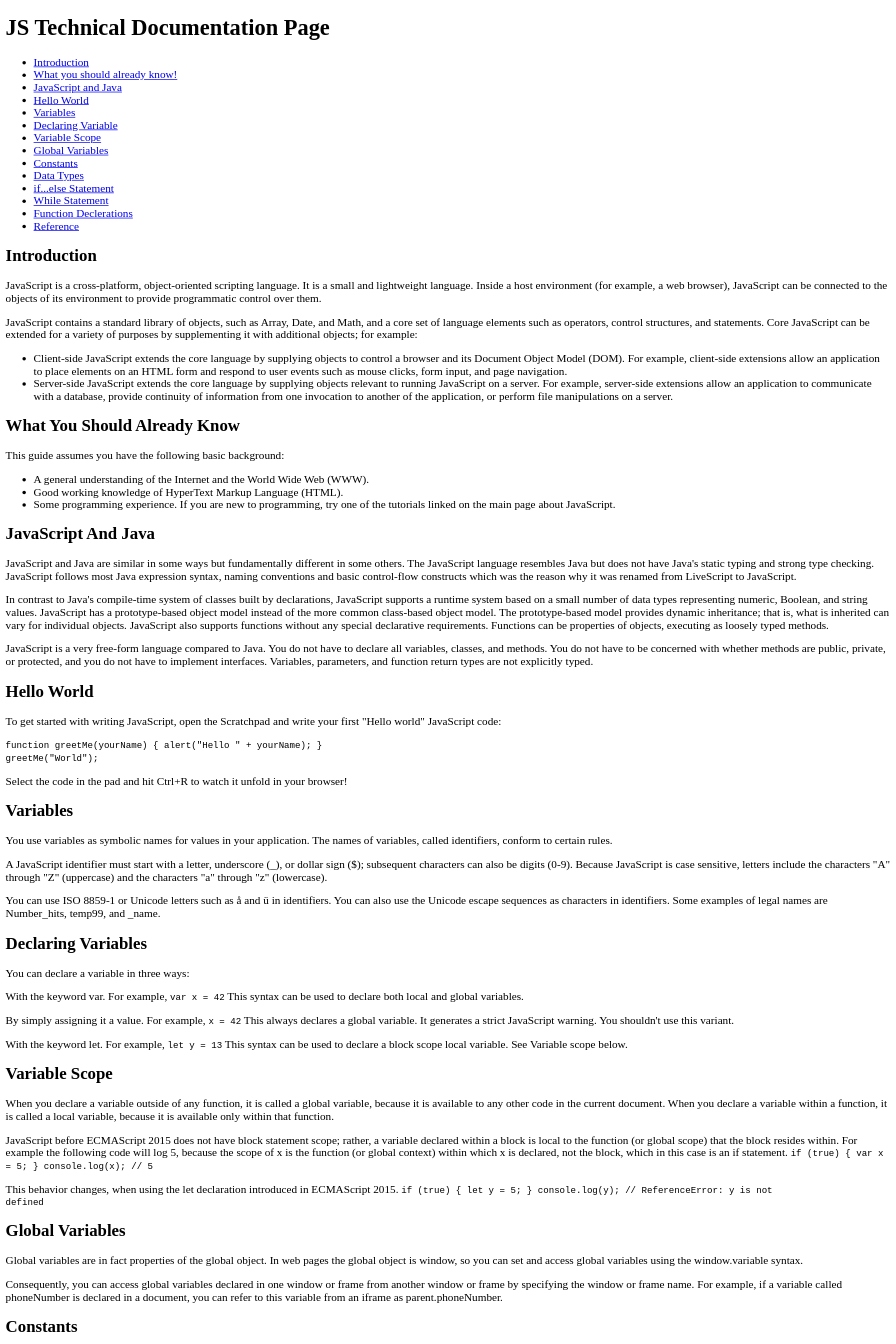
Repository: ctcoleman/technicalDocumentationPage
Page: index.html
The author's editor kept a copy of each file at every save. The page is drawn from the files as they stood at one save, then again after the next save.
The browser window is 1280 px wide. The pictures show the part of the page from y = 0 to 1920 px (the page is 3237 px tall before and 3224 px after), at 70% of full size.

Above is the page before, as saved 2020-07-10 18:44:38.

### index.html
<!DOCTYPE html>
<html lang="en">

<head>
  <meta charset="UTF-8">
  <meta name="viewport" content="width=device-width, initial-scale=1.0">
  <title>FCC: Technical Documentation Page</title>
</head>

<body>


  <header>
    <h1 id="main-heading">JS Technical Documentation Page</h1>
    <nav id="navbar">
      <ul>
        <li>
          <a href="#introduction">Introduction</a>
        <li>
          <a href="#whatYouShouldKnowAlready">What you should already know!</a>
        <li>
          <a href="#javascriptAndJava">JavaScript and Java</a>
        <li>
          <a href="#helloWorld">Hello World</a>
        <li>
          <a href="#variables">Variables</a>
        </li>
        <li>
          <a href="#declaringVariable">Declaring Variable</a>
        </li>
        <li>
          <a href="#variableScopes">Variable Scope</a>
        </li>
        <li>
          <a href="#globalVariables">Global Variables</a>
        </li>
        <li>
          <a href="#constants">Constants</a>
        </li>
        <li>
          <a href="#dataTypes">Data Types</a>
        </li>
        <li>
          <a href="#ifElseStatements">if...else Statement</a>
        </li>
        <li>
          <a href="#whileStatements">While Statement</a>
        </li>
        <li>
          <a href="#functionDeclerations">Function Declerations</a>
        </li>
        <li>
          <a href="#reference">Reference</a>
        </li>
      </ul>
    </nav>
  </header>

  <main id="main-doc">


    <section class="main-section" id="introduction">
      <header class="topic-header">
        <h2>Introduction</h2>
      </header>
      <article>
        <p>
          JavaScript is a cross-platform, object-oriented scripting language. It is a small and lightweight language. Inside a host environment (for example, a web browser), JavaScript can be connected to the objects of its environment to provide programmatic control over them.
        </p>
        <p>
          JavaScript contains a standard library of objects, such as Array, Date, and Math, and a core set of language elements such as operators, control structures, and statements. Core JavaScript can be extended for a variety of purposes by supplementing it with additional objects; for example:
        <ul>
          <li>Client-side JavaScript extends the core language by supplying objects to control a browser and its Document Object Model (DOM). For example, client-side extensions allow an application to place elements on an HTML form and respond to user events such as mouse clicks, form input, and page navigation.</li>
          <li>Server-side JavaScript extends the core language by supplying objects relevant to running JavaScript on a server. For example, server-side extensions allow an application to communicate with a database, provide continuity of information from one invocation to another of the application, or perform file manipulations on a server.</li>
        </ul>
        </p>
      </article>
    </section>

    <section class="main-section" id="whatYouShouldAlreadyKnow">
      <header class="topic-header">
        <h2>What You Should Already Know</h2>
      </header>
      <article>
        <p>
          This guide assumes you have the following basic background:
        <ul>
          <li>A general understanding of the Internet and the World Wide Web (WWW).
          </li>
          <li>Good working knowledge of HyperText Markup Language (HTML).
          </li>
          <li>Some programming experience. If you are new to programming, try one of the tutorials linked on the main page about JavaScript.
          </li>
        </ul>
        </p>
      </article>
    </section>

    <section class="main-section" id="javaScriptAndJava">
      <header class="topic-header">
        <h2>JavaScript And Java</h2>
      </header>
      <article>
        <p>
          JavaScript and Java are similar in some ways but fundamentally different in some others. The JavaScript language resembles Java but does not have Java's static typing and strong type checking. JavaScript follows most Java expression syntax, naming conventions and basic control-flow constructs which was the reason why it was renamed from LiveScript to JavaScript.
        </p>
        <p>
          In contrast to Java's compile-time system of classes built by declarations, JavaScript supports a runtime system based on a small number of data types representing numeric, Boolean, and string values. JavaScript has a prototype-based object model instead of the more common class-based object model. The prototype-based model provides dynamic inheritance; that is, what is inherited can vary for individual objects. JavaScript also supports functions without any special declarative requirements. Functions can be properties of objects, executing as loosely typed methods.
        </p>
        <p>
          JavaScript is a very free-form language compared to Java. You do not have to declare all variables, classes, and methods. You do not have to be concerned with whether methods are public, private, or protected, and you do not have to implement interfaces. Variables, parameters, and function return types are not explicitly typed.
        </p>
      </article>
    </section>

    <section class="main-section" id="helloWorld">
      <header class="topic-header">
        <h2>Hello World</h2>
      </header>
      <article>
        <p>
          To get started with writing JavaScript, open the Scratchpad and write your first "Hello world" JavaScript code:
        </p>
        <code>
          function greetMe(yourName) { alert("Hello " + yourName); }<br>
          greetMe("World");
        </code>
        <p>
          Select the code in the pad and hit Ctrl+R to watch it unfold in your browser!
        </p>
      </article>
    </section>

    <section class="main-section" id="variables">
      <header class="topic-header">
        <h2>Variables</h2>
      </header>
      <article>
        <p>
        You use variables as symbolic names for values in your application. The names of variables, called identifiers, conform to certain rules.
        </p>
        <p>
          A JavaScript identifier must start with a letter, underscore (_), or dollar sign ($); subsequent characters can also be digits (0-9). Because JavaScript is case sensitive, letters include the characters "A" through "Z" (uppercase) and the characters "a" through "z" (lowercase).
        </p>
        <p>
          You can use ISO 8859-1 or Unicode letters such as å and ü in identifiers. You can also use the Unicode escape sequences as characters in identifiers. Some examples of legal names are Number_hits, temp99, and _name.
        </p>
      </article>
    </section>

    <section class="main-section" id="declaringVariables">
      <header class="topic-header">
        <h2>Declaring Variables</h2>
      </header>
      <article>
        <p>
        You can declare a variable in three ways:
        </p>
        <p>
          With the keyword var. For example,
          <code> var x = 42</code>
          This syntax can be used to declare both local and global variables.
        </p>
        <p>
        By simply assigning it a value. For example,
        <code>x = 42</code>
        This always declares a global variable. It generates a strict JavaScript warning. You shouldn't use this variant.
        </p>
        <p>
          With the keyword let. For example,
          <code>let y = 13</code>
          This syntax can be used to declare a block scope local variable. See Variable scope below.
        </p>
      </article>
    </section>

    <section class="main-section" id="variableScope">
      <header class="topic-header">
        <h2>Variable Scope</h2>
      </header>
      <article>
        <p>
          When you declare a variable outside of any function, it is called a global variable, because it is available to any other code in the current document. When you declare a variable within a function, it is called a local variable, because it is available only within that function.
        </p>
        <p>
          JavaScript before ECMAScript 2015 does not have block statement scope; rather, a variable declared within a block is local to the function (or global scope) that the block resides within. For example the following code will log 5, because the scope of x is the function (or global context) within which x is declared, not the block, which in this case is an if statement.
          <code>if (true) { var x = 5; } console.log(x); // 5</code>
        </p>
        <p>
          This behavior changes, when using the let declaration introduced in ECMAScript 2015.
          <code>if (true) { let y = 5; } console.log(y); // ReferenceError: y is not<br>
          defined</code>
        </p>
      </article>
    </section>

    <section class="main-section" id="globalVariables">
      <header class="topic-header">
        <h2>Global Variables</h2>
      </header>
      <article>
        <p>
          Global variables are in fact properties of the global object. In web pages the global object is window, so you can set and access global variables using the window.variable syntax.
        </p>
        <p>
          Consequently, you can access global variables declared in one window or frame from another window or frame by specifying the window or frame name. For example, if a variable called phoneNumber is declared in a document, you can refer to this variable from an iframe as parent.phoneNumber.
        </p>
      </article>
    </section>

    <section class="main-section" id="constants">
      <header class="topic-header">
        <h2>Constants</h2>
      </header>
      <article>
        <p>
          You can create a read-only, named constant with the const keyword. The syntax of a constant identifier is the same as for a variable identifier: it must start with a letter, underscore or dollar sign and can contain alphabetic, numeric, or underscore characters.
          <code>const PI = 3.14;</code>
        </p>
        <p>
          A constant cannot change value through assignment or be re-declared while the script is running. It has to be initialized to a value.
          <br>
          The scope rules for constants are the same as those for let block scope variables. If the const keyword is omitted, the identifier is assumed to represent a variable.
          <br>
          You cannot declare a constant with the same name as a function or variable in the same scope. For example:
          <code>
            // THIS WILL CAUSE AN ERROR<br> function f() {}; const f = 5;<br> // THIS WILL
            CAUSE AN ERROR ALSO<br> function f() { const g = 5; var g; //statements
            }
          </code>
        </p>
        <p>
          However, object attributes are not protected, so the following statement is executed without problems.

          <code>
            const MY_OBJECT = {"key": "value"}; MY_OBJECT.key = "otherValue";
          </code>
        </p>
      </article>
    </section>

    <section class="main-section" id="dataTypes">
      <header class="topic-header">
        <h2>Data Types</h2>
      </header>
      <article>
        <p>
          The latest ECMAScript standard defines seven data types:
        <ul>
          <li>Six data types that are primitives:</li>
            <ul>
              <li>Boolean. true and false.</li>
              <li>null. A special keyword denoting a null value. Because JavaScript is case-sensitive, null is not the same as Null, NULL,
              or any other variant.</li>
              <li>undefined. A top-level property whose value is undefined.</li>
              <li>Number. 42 or 3.14159.</li>
              <li>String. "Howdy"</li>
              <li>Symbol (new in ECMAScript 2015). A data type whose instances are unique and immutable.</li>
            </ul>
          <li>and Object</li>
        </ul>
        </p>
        <p>

        </p>
      </article>
    </section>

    <section class="main-section" id="ifElseStatements">
      <header class="topic-header">
        <h2>if...else Statements</h2>
      </header>
      <article>
        <p>
        <ul>
          <li></li>
          <li></li>
        </ul>
        </p>
        <p>

        </p>
      </article>
    </section>

    <section class="main-section" id="whileStatements">
      <header class="topic-header">
        <h2>While Statements</h2>
      </header>
      <article>
        <p>
          A while statement executes its statements as long as a specified condition evaluates to true. A while statement looks as
          follows:
          <code>while (condition) statement</code>
        </p>
        <p>
          If the condition becomes false, statement within the loop stops executing and control passes to the statement following the loop.
          <br>
          The condition test occurs before statement in the loop is executed. If the condition returns true, statement is executed and the condition is tested again. If the condition returns false, execution stops and control is passed to the statement following while.
        </p>
        <p>
          IfTo execute multiple statements, use a block statement ({ ... }) to group those statements.
          <br>
          Example:
          <br>
          The following while loop iterates as long as n is less than three:
          <code>
            var n = 0; var x = 0; while (n < 3) { n++; x +=n; }
          </code>
        </p>
        <p>
          With each iteration, the loop increments n and adds that value to x. Therefore, x and n take on the following values:
          <ul>
            <li>
              After the first pass: n = 1 and x = 1\
            </li>
            <li>
              After the second pass: n = 2 and x = 3
            </li>
            <li>
              After the third pass: n = 3 and x = 6
            </li>
          </ul>
          After completing the third pass, the condition n < 3 is no longer true, so the loop terminates.
        </p>
      </article>
    </section>

    <section class="main-section" id="functionDeclerations">
      <header class="topic-header">
        <h2>Function Declerations</h2>
      </header>
      <article>
        <p>
          A function definition (also called a function declaration, or function statement) consists of the function keyword, followed by:
        <ul>
          <li>The name of the function.</li>
          <li>A list of arguments to the function, enclosed in parentheses and separated by commas.</li>
          <li>The JavaScript statements that define the function, enclosed in curly brackets, { }</li>
        </ul>
        </p>
          For example, the following code defines a simple function named square:
          <code>function square(number) { return number * number; }</code>
          The function square takes one argument, called number. The function consists of one statement that says to return the
          argument of the function (that is, number) multiplied by itself. The return statement specifies the value returned by
          the function.
          <code>return number * number;</code>

          <p>
            Primitive parameters (such as a number) are passed to functions by value; the value is passed to the function, but if the function changes the value of the parameter, this change is not reflected globally or in the calling function.
        </p>
      </article>
    </section>

    <section class="main-section" id="reference">
      <header class="topic-header">
        <h2>Reference</h2>
      </header>
      <article>
        <p>
          All the documentation in this page is taken from MDN
        <p/>
      </article>
    </section>

    <footer id="footer-wrapper">
      <span>Copywright &copy; Coleman Sites</span>
    </footer>
  </main>
  <script src="https://cdn.freecodecamp.org/testable-projects-fcc/v1/bundle.js"></script>
</body>

</html>

After the next save:
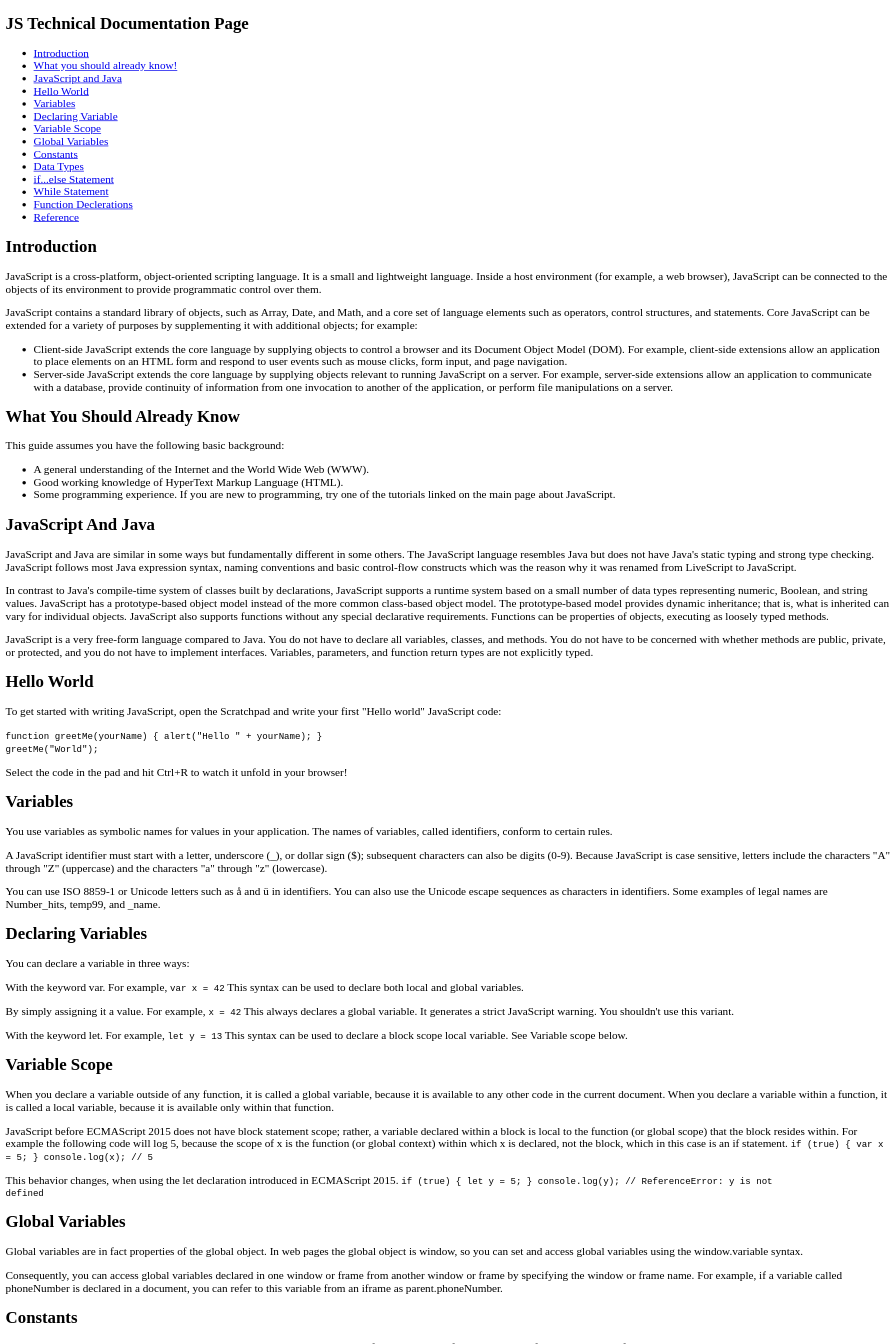
Saved 2 min 21 s later.
--- a/index.html
+++ b/index.html
@@ -11,8 +11,8 @@
 
 
   <header>
-    <h1 id="main-heading">JS Technical Documentation Page</h1>
     <nav id="navbar">
+      <h1 id="main-heading">JS Technical Documentation Page</h1>
       <ul>
         <li>
           <a href="#introduction">Introduction</a>
